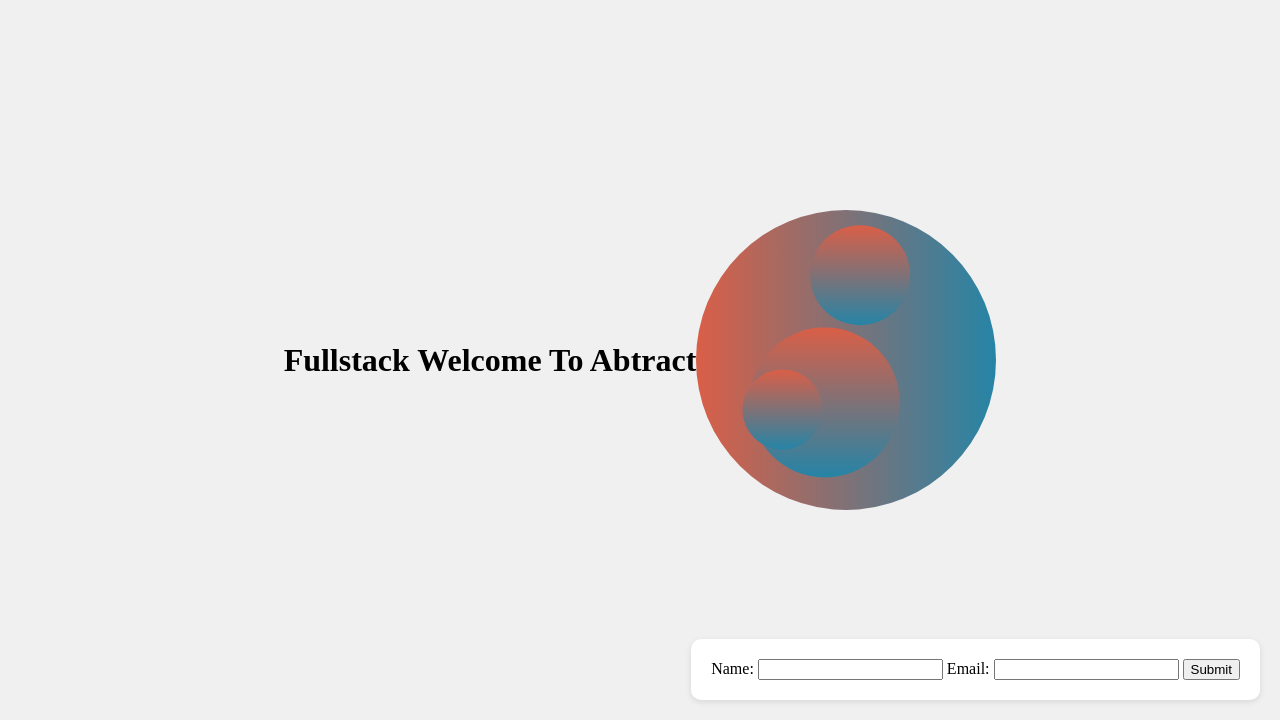
Repository: Melinda-Nanjad-Personal-Website/Personal-web
Page: picasso.html
The author's editor kept a copy of each file at every save. The page is drawn from the files as they stood at one save, then again after the next save.
The browser window is 1280 px wide. The pictures show the whole page.

Above is the page before, as saved 2023-08-18 13:08:44.

After the next save:
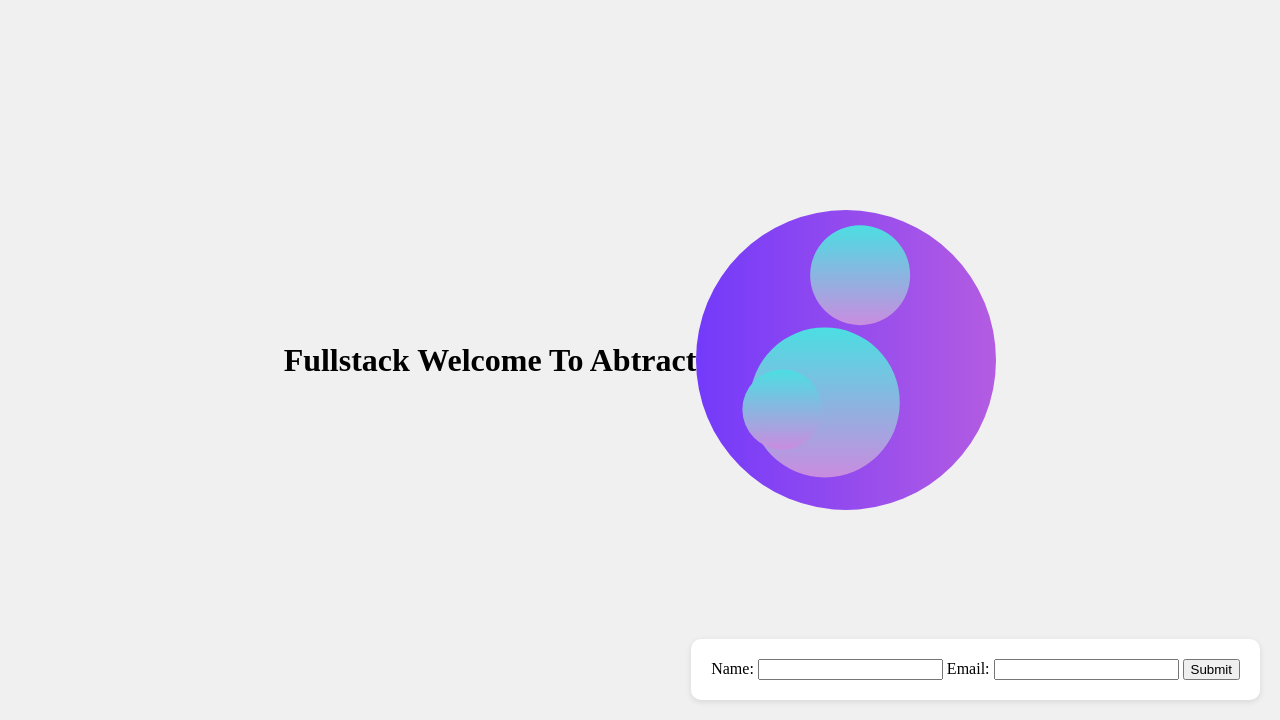
Saved 94 s later.
--- a/picasso.html
+++ b/picasso.html
@@ -39,7 +39,7 @@
           .abstract-painting {
             width: 300px;
             height: 300px;
-            background: linear-gradient(45deg, #ff5733, #008cba);
+            background: linear-gradient(45deg, #6633ff, #c163dd);
             border-radius: 50%;
             position: relative;
             transform: rotate(45deg);
@@ -50,7 +50,7 @@
             position: absolute;
             width: 100px;
             height: 100px;
-            background: linear-gradient(-45deg, #008cba, #ff5733);
+            background: linear-gradient(-45deg, #e47bdf, #31efe2);
             border-radius: 50%;
           }
 
